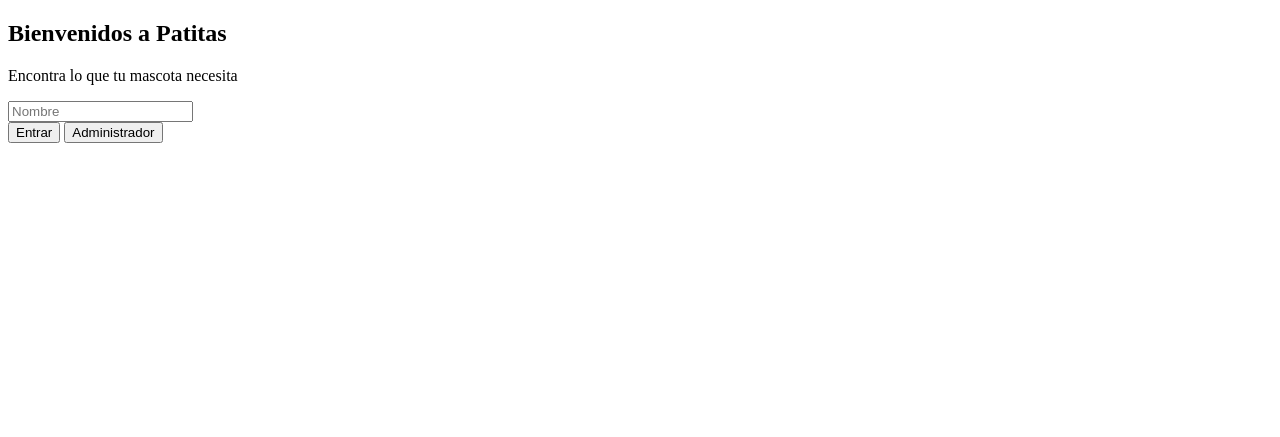
Repository: frank980-0/TP_Integrador_Progra_3
Page: public/index.html
These files come from the project's save history. The page is drawn as it stood at one moment and after the next save; the edit follows.
The browser window is 1280 px wide. The pictures show the whole page.

Above is the page before, as saved 2026-05-28 21:10:10.

### public/index.html
<!doctype html>
<html lang="es">
  <head>
    <meta charset="UTF-8" />
    <meta name="viewport" content="width=device-width, initial-scale=1.0" />
    <title>Patitas</title>
  </head>
  <body>
    <section id="pantalla_inicio">
      <h1>Bienvenidos a Patitas</h1>
      <p>Encontra lo que tu mascota necesita</p>
      <input type="text" id="input-nombre" placeholder="Nombre" required />
      <div class="botones_inicio">
        <button onclick="iniciarCompra()">Entrar</button>
        <button onclick="iniciarAdmin()">Administrador</button>
      </div>
    </section>

    <section id="pantalla-productos"></section>

    <section id="pantalla_carrito"></section>
    <section id="pantalla_ticket"></section>
    <script src="./js/main.js"></script>
  </body>
</html>

### public/js/main.js
// --- ESTADO GLOBAL ---
let estado = {
  nombreCliente: '',
  carrito: [], // Array de objetos: { id, nombre, variante, precio, cantidad }
  productos: [] // Aquí cargarás tus datos (mock o API)
};

// --- 1. BIENVENIDA ---
function iniciarCompra() {
  const nombre = document.getElementById('input-nombre').value;
  if (!nombre.trim()) return alert("Por favor ingresa tu nombre");

  estado.nombreCliente = nombre;
  mostrarPantalla('pantalla-productos');
  renderizarProductos(estado.productos); // Carga los productos
}

// --- 2. NAVEGACIÓN Y PRODUCTOS ---
function filtrarCategoria(categoria) {
  if (categoria === 'todos') {
    renderizarProductos(estado.productos);
  } else {
    const filtrados = estado.productos.filter(p => p.tipo === categoria);
    renderizarProductos(filtrados);
  }
}

function renderizarProductos(lista) {
  const contenedor = document.getElementById('lista-productos');
  contenedor.innerHTML = '';

  lista.forEach(prod => {
    // Crear tarjeta de producto
    const card = document.createElement('div');
    card.innerHTML = `
      <h3>${prod.nombre}</h3>
      <img src="${prod.imagen}" width="100">
      <div class="variantes">
        ${prod.variantes.map(v => `
          <button onclick="agregarAlCarrito('${prod._id}', '${prod.nombre}', '${v.nombre}', ${v.precio})">
            ${v.nombre} - $${v.precio}
          </button>
        `).join('')}
      </div>
    `;
    contenedor.appendChild(card);
  });
}

// --- 3. GESTIÓN DEL CARRITO ---
function agregarAlCarrito(id, nombre, variante, precio) {
  // Buscar si ya existe ese item exacto en el carrito
  const itemExistente = estado.carrito.find(item => item.id === id && item.variante === variante);

  if (itemExistente) {
    itemExistente.cantidad++; // Sumar cantidad si ya existe
  } else {
    // Crear nuevo item
    estado.carrito.push({ id, nombre, variante, precio, cantidad: 1 });
  }

  actualizarContador();
  alert("Producto agregado");
}

function eliminarProductoDelCarrito(index) {
  estado.carrito.splice(index, 1); // Eliminar por índice
  renderizarCarrito();
  actualizarContador();
}

function cambiarCantidad(index, delta) {
  const item = estado.carrito[index];
  item.cantidad += delta;

  if (item.cantidad <= 0) {
    eliminarProductoDelCarrito(index);
  } else {
    renderizarCarrito();
  }
}

function actualizarContador() {
  const totalItems = estado.carrito.reduce((sum, item) => sum + item.cantidad, 0);
  document.getElementById('contador-carrito').innerText = totalItems;
}

// --- 4. VISTAS DEL CARRITO Y TICKET ---
function irAlCarrito() {
  renderizarCarrito();
  mostrarPantalla('pantalla-carrito');
}

function renderizarCarrito() {
  const contenedor = document.getElementById('lista-carrito-detalle');
  contenedor.innerHTML = '';
  let total = 0;

  estado.carrito.forEach((item, index) => {
    const subtotal = item.precio * item.cantidad;
    total += subtotal;

    contenedor.innerHTML += `
      <div class="item-carrito">
        <p>${item.nombre} (${item.variante})</p>
        <div>
          <button onclick="cambiarCantidad(${index}, -1)">-</button>
          <span>${item.cantidad}</span>
          <button onclick="cambiarCantidad(${index}, 1)">+</button>
        </div>
        <p>$${subtotal}</p>
        <button onclick="eliminarProductoDelCarrito(${index})" style="background:red">Eliminar</button>
      </div>
    `;
  });

  document.getElementById('total-carrito').innerText = total;
}

function finalizarCompra() {
  if (estado.carrito.length === 0) return alert("El carrito está vacío");

  generarTicket();
  mostrarPantalla('pantalla-ticket');
}

function generarTicket() {
  const fecha = new Date().toLocaleString();
  const total = estado.carrito.reduce((sum, item) => sum + (item.precio * item.cantidad), 0);

  let htmlItems = estado.carrito.map(item =>
    `<li>${item.cantidad} x ${item.nombre} (${item.variante}) - $${item.precio * item.cantidad}</li>`
  ).join('');

  const contenido = `
    <h2>Ticket de Compra</h2>
    <p><strong>Cliente:</strong> ${estado.nombreCliente}</p>
    <p><strong>Empresa:</strong> Pet Shop System</p>
    <p><strong>Fecha:</strong> ${fecha}</p>
    <hr>
    <ul>${htmlItems}</ul>
    <hr>
    <h3>Total Pagado: $${total}</h3>
    <p>¡Gracias por su compra!</p>
  `;

  document.getElementById('ticket-contenido').innerHTML = contenido;
}

// --- 5. REINICIO ---
function reiniciarSistema() {
  estado.nombreCliente = '';
  estado.carrito = [];
  actualizarContador();
  document.getElementById('input-nombre').value = '';
  mostrarPantalla('pantalla-bienvenida');
}

// --- UTILIDAD: NAVEGACIÓN ---
function mostrarPantalla(idPantalla) {
  // Ocultar todas
  document.querySelectorAll('section').forEach(sec => sec.classList.add('oculta'));
  // Mostrar la deseada
  document.getElementById(idPantalla).classList.remove('oculta');
}

function volverAProductos() {
  mostrarPantalla('pantalla-productos');
}

After the next save:
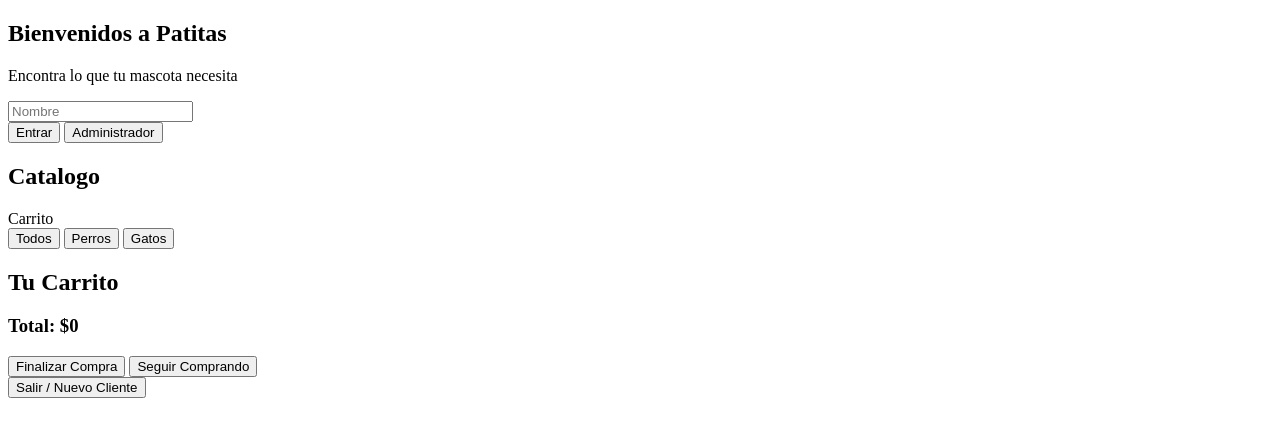
Saved 16 h 59 min later.
--- a/public/index.html
+++ b/public/index.html
@@ -16,10 +16,30 @@
       </div>
     </section>
 
-    <section id="pantalla-productos"></section>
+    <section id="pantalla_productos" class="ocultar">
+      <h2>Catalogo</h2>
+      <div>Carrito</div>
+      <nav>
+        <button onclick="filtrarTodos()">Todos</button>
+        <button onclick="filtrarPerros()">Perros</button>
+        <button onclick="filtrarGatos()">Gatos</button>
+      </nav>
+      <div id="lista_productos"></div>
+    </section>
 
-    <section id="pantalla_carrito"></section>
-    <section id="pantalla_ticket"></section>
-    <script src="./js/main.js"></script>
+    <section id="pantalla-carrito" class="oculta">
+      <h2>Tu Carrito</h2>
+      <div id="lista-carrito-detalle"></div>
+      <h3>Total: $<span id="total-carrito">0</span></h3>
+      <button onclick="finalizarCompra()">Finalizar Compra</button>
+      <button onclick="volverAProductos()">Seguir Comprando</button>
+    </section>
+
+    <section id="pantalla_ticket">
+      <div id="ticket-contenido">
+        <!-- Se llena dinámicamente -->
+      </div>
+      <button onclick="reiniciarSistema()">Salir / Nuevo Cliente</button>
+    </section>
   </body>
 </html>
